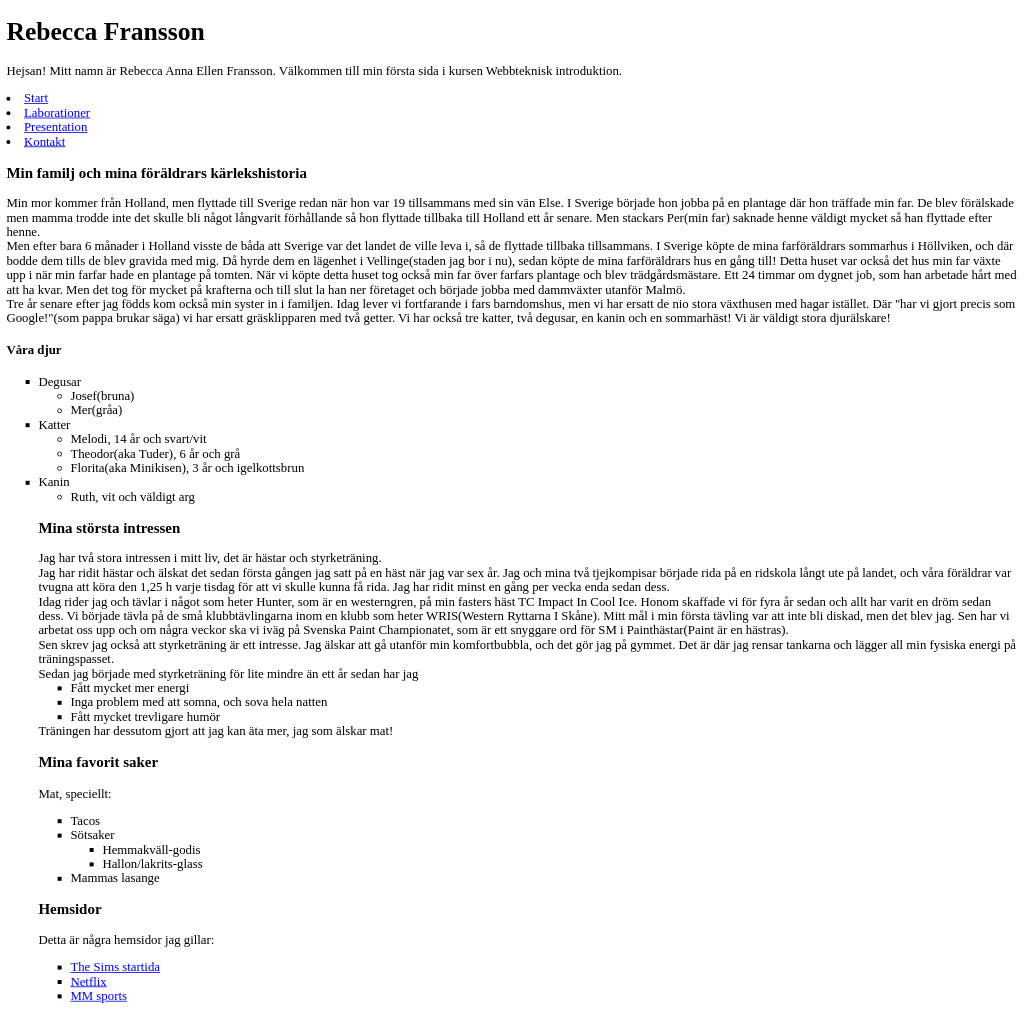
Repository: RebeccaFransson/Interfacedevelopment-1IK415
Page: pages/presentation.html
The author's editor kept a record of every edit. The page is drawn from the files as they stood at one moment, then again after the next edit.
The browser window is 1280 px wide. The pictures show the whole page, at 80% of full size.

Above is the page before.

After the next edit:
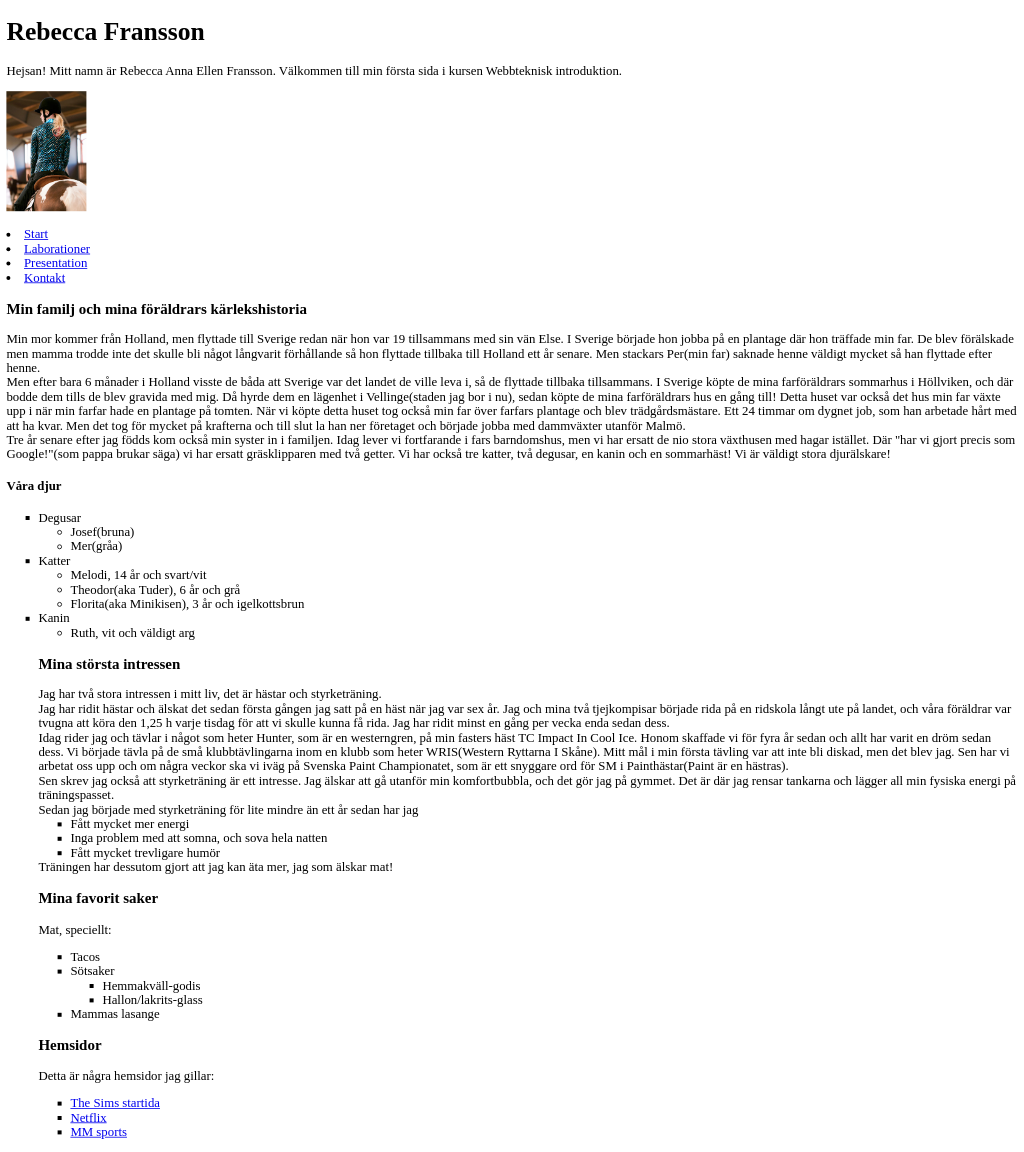
The edit:
--- a/pages/presentation.html
+++ b/pages/presentation.html
@@ -5,7 +5,9 @@
 
         <h1>Rebecca Fransson</h1>
         <p>Hejsan! Mitt namn är Rebecca Anna Ellen Fransson. Välkommen till min första sida i kursen Webbteknisk introduktion.</p>
-
+        <a name="Bild_pa_mig"></a>
+        <p><img src="../Pictures/Jag.jpg" width="100" height="150">
+</p>
 
 
         <p><li><a href="../index.html">Start</a> </li>  <!-- ../ gör att jag kommer ut till mappen ovan.-->
